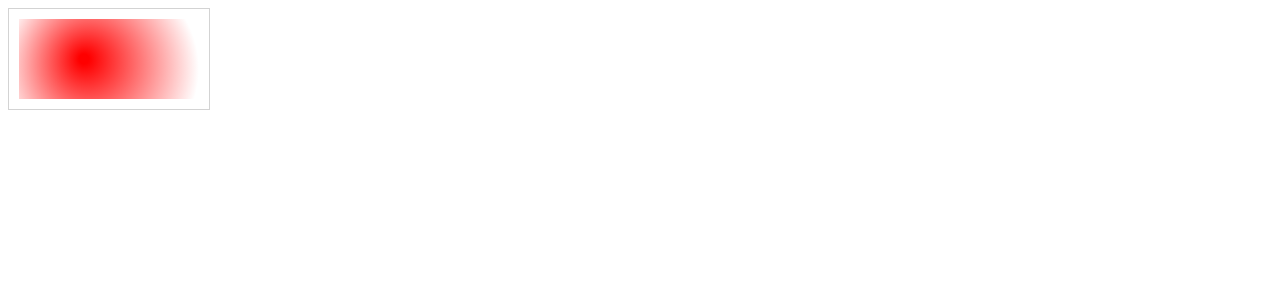
Repository: SonPhamThe/C0622G1-PhamTheSon
Page: ss1-sudungthehtmlcoban/baitap.html
An editor plug-in stored every save of this project. The page is shown before and after the next save, followed by the edit.
The browser window is 1280 px wide. The pictures show the whole page.

Above is the page before, as saved 2022-07-19 09:05:57.

After the next save:
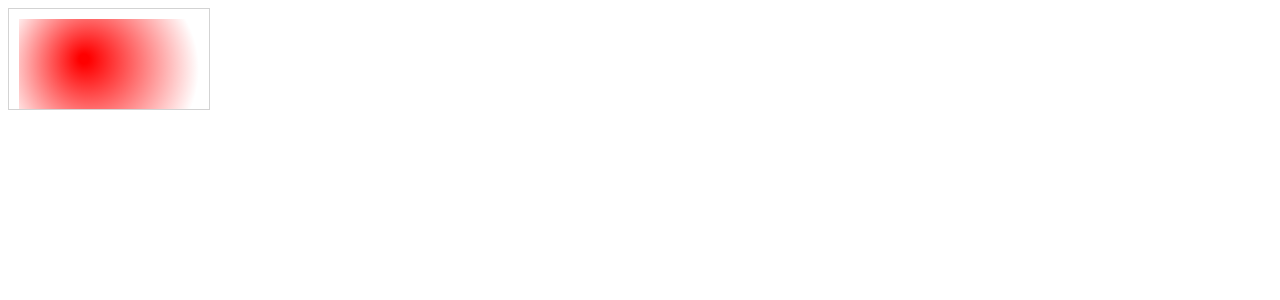
Saved 9 s later.
--- a/ss1-sudungthehtmlcoban/baitap.html
+++ b/ss1-sudungthehtmlcoban/baitap.html
@@ -19,7 +19,7 @@
       grd.addColorStop(0, "red");
       grd.addColorStop(1, "white"); // Fill with gradient
       ctx.fillStyle = grd;
-      ctx.fillRect(10, 10, 250, 80);
+      ctx.fillRect(10, 10, 250, 150);
     </script>
   </body>
 </html>
